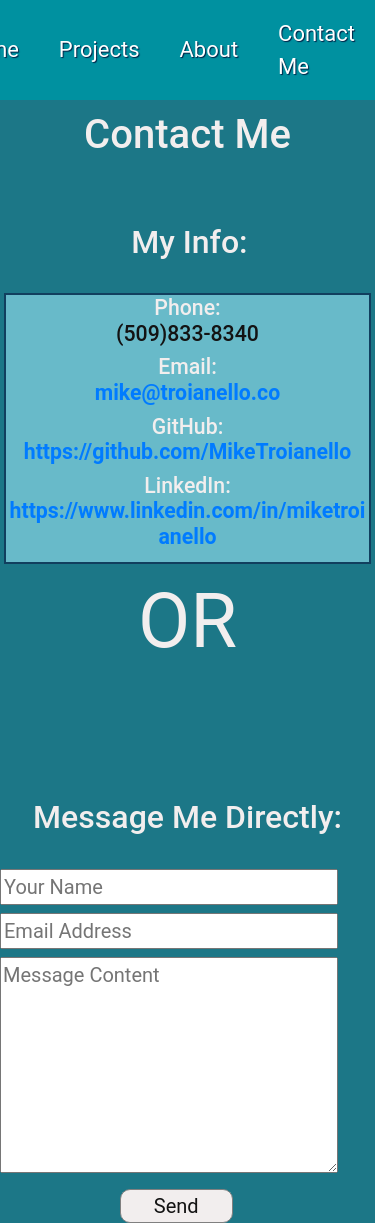
Repository: MikeTroianello/troianello
Page: /contact
An editor plug-in stored every save of this project. The page is shown before and after the next save, followed by the edit.
The browser window is 375 px wide. The pictures show the whole page.
The project was rebuilt for these pictures with package versions that can differ from the ones it lists, and the page was loaded fresh each time. Also part of the build but not shown: src/components/context-sensitive/Greet.js, src/components/locations/Home.js, src/components/locations/About/About.css, src/components/locations/About/AboutMobile.css, src/components/locations/About/About.js, src/components/cards/RainbowDay.js, src/components/cards/CanvasBubbles.js, src/components/cards/projectCard.css and 4 more.

Above is the page before, as saved 2019-08-02 18:21:25.

After the next save:
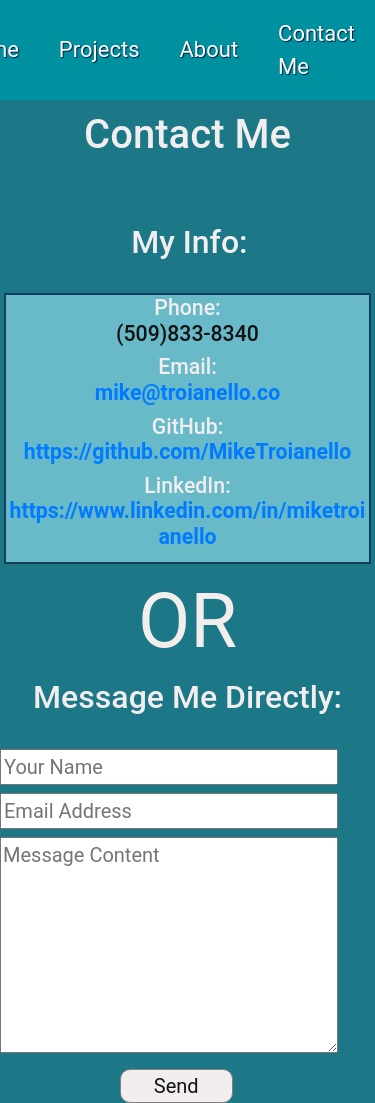
Saved 60 s later.
--- a/src/components/locations/Contact/ContactMobile.css
+++ b/src/components/locations/Contact/ContactMobile.css
@@ -48,7 +48,7 @@
   }
 
   .or {
-    margin-bottom: 15vh;
+    margin-bottom: 0 !important;
     display: flex;
     justify-content: center;
     align-items: center;
